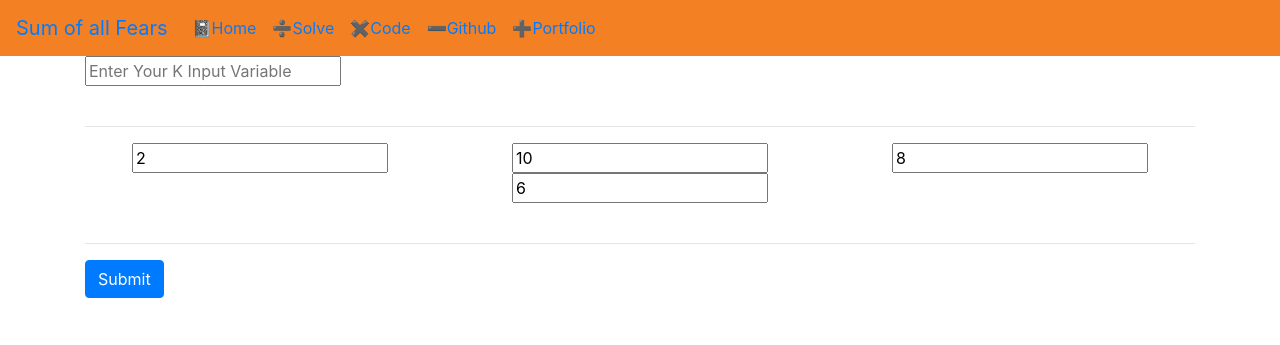
Repository: zhadjah9559/BrainBufferOverflow
Page: solve.html
An editor plug-in stored every save of this project. The page is shown before and after a run of saves, followed by the edit.
The browser window is 1280 px wide. The pictures show the whole page.

Above is the page before, as saved 2021-01-18 01:12:26.

After the next 2 saves:
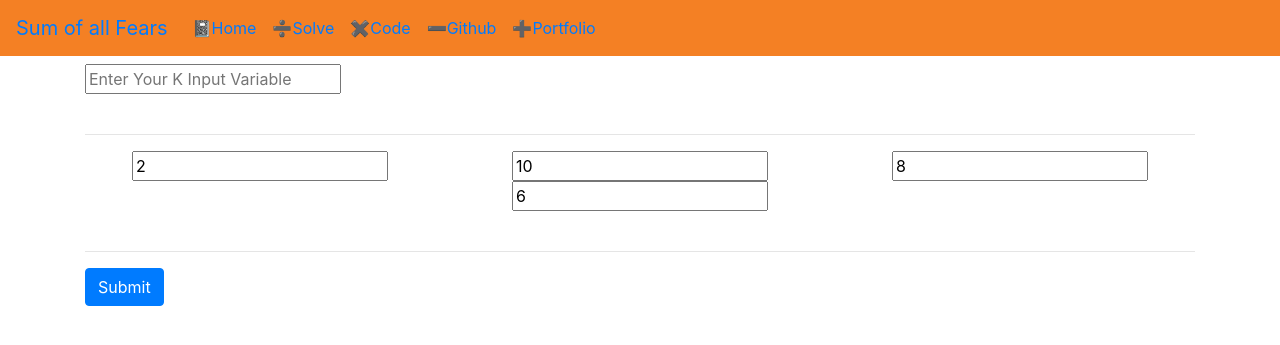
The 2 saves are shown as one change because they came seconds apart.
The last was saved 20 s later.
--- a/solve.html
+++ b/solve.html
@@ -40,7 +40,7 @@
 
         <!--K input variable-->
        <div class="row justify-content-center">
-           <div class="col-md">
+           <div class="col-md pt-2">
             <input type="number" id="kInput" name="kInput"  placeholder="Enter Your K Input Variable">
            </div>
        </div>

After the 2 saves that followed:
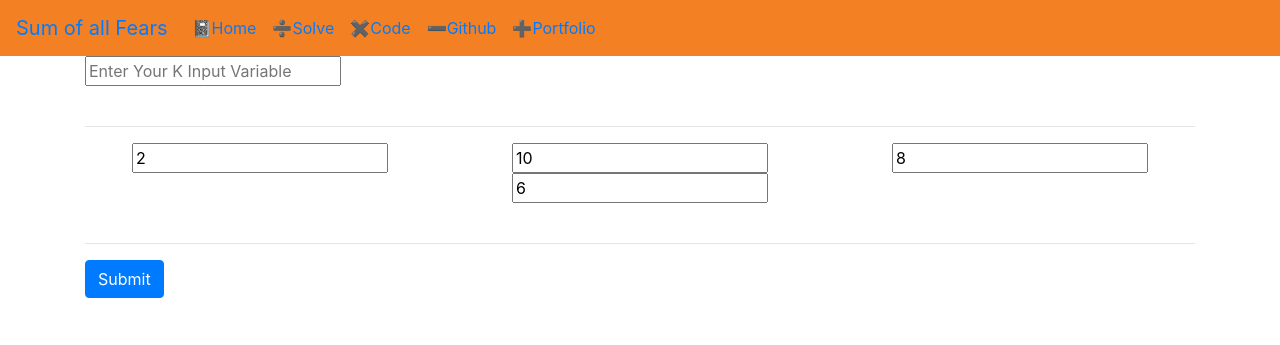
The 2 saves are shown as one change because they came seconds apart.
The last was saved 6 s later.
--- a/solve.html
+++ b/solve.html
@@ -40,7 +40,7 @@
 
         <!--K input variable-->
        <div class="row justify-content-center">
-           <div class="col-md pt-2">
+           <div class="col-md">
             <input type="number" id="kInput" name="kInput"  placeholder="Enter Your K Input Variable">
            </div>
        </div>
